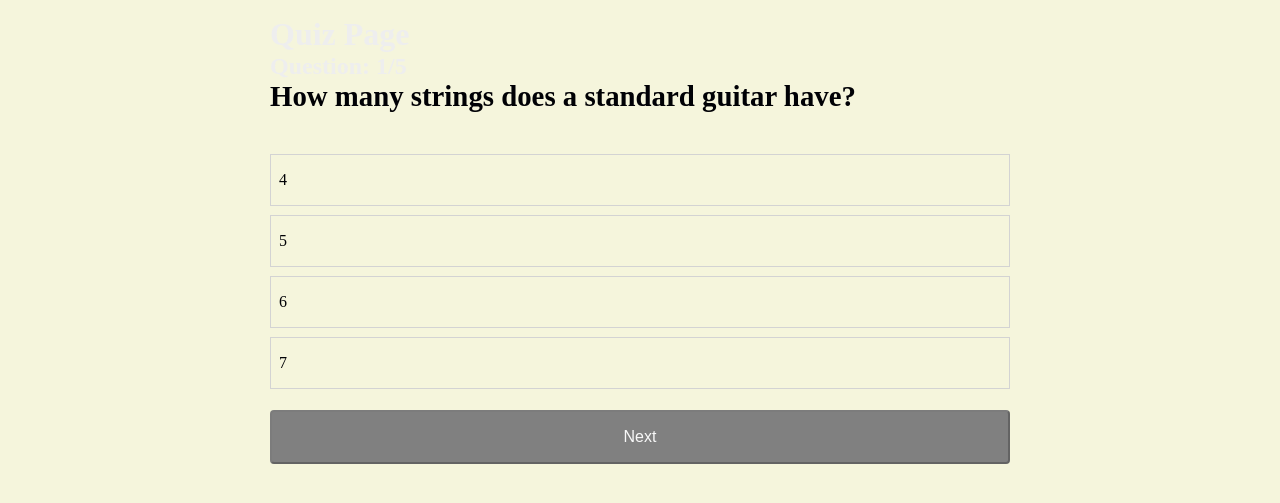
Repository: 1medi/pocketprof
Page: /quiz/page
An editor plug-in stored every save of this project. The page is shown before and after the next save, followed by the edit.
The browser window is 1280 px wide. The pictures show the whole page.
The project was rebuilt for these pictures with package versions that can differ from the ones it lists, and the page was loaded fresh each time. The framework's server and built-in components were replaced by stand-ins that run in the browser. Also part of the build but not shown: next.config.mjs.

Above is the page before, as saved 2024-04-06 22:34:34.

### pages/quiz/page.jsx
'use client';
import React, { useState } from 'react';
import { quiz } from "../data"
import styles from "./page.module.css"

export default function Page() {
  const [activeQuestion, setActiveQuestion] = useState(0);
  const [selectedAnswer, setSelectedAnswer] = useState('');
  const [checked, setChecked] = useState(false);
  const [selectedAnswerIndex, setSelectedAnswerIndex] = useState(null);
  const [showResult, setShowResult] = useState(false);
  const [result, setResult] = useState({
    score: 0,
    correctAnswers: 0,
    wrongAnswers: 0,
  });

  const { questions } = quiz;
  const { question, answers, correctAnswer } = questions[activeQuestion];

  const onAnswerSelected = (answer, idx) => {
    setChecked(true);
    setSelectedAnswerIndex(idx);
    if (answer === correctAnswer) {
      setSelectedAnswer(true);
      console.log('true');
    } else {
      setSelectedAnswer(false);
      console.log('false');
    }
  };

  // Calculate score and increment to next question
  const nextQuestion = () => {
    setSelectedAnswerIndex(null);
    setResult((prev) =>
      selectedAnswer
        ? {
            ...prev,
            score: prev.score + 5,
            correctAnswers: prev.correctAnswers + 1,
          }
        : {
            ...prev,
            wrongAnswers: prev.wrongAnswers + 1,
          }
    );
    if (activeQuestion !== questions.length - 1) {
      setActiveQuestion((prev) => prev + 1);
    } else {
      setActiveQuestion(0);
      setShowResult(true);
    }
    setChecked(false);
  };

  return (
    <div className={styles.container}>
      <h1 className={styles.title}>Quiz Page</h1>
      <div>
        <h2 className={styles.activeQ}>
          Question: {activeQuestion + 1}
          <span>/{questions.length}</span>
        </h2>
      </div>
      <div>
        {!showResult ? (
          <div className={styles.quizContainer}>
            <h3 className={styles.question}>{questions[activeQuestion].question}</h3>
            {answers.map((answer, idx) => (
              <li
                key={idx}
                onClick={() => onAnswerSelected(answer, idx)}
                className={`${styles.answerList} ${selectedAnswerIndex === idx ? styles.itemSelected : styles.itemHover}`}
              >
                <span>{answer}</span>
              </li>
            ))}
            {checked ? (
              <button onClick={nextQuestion} className={styles.btn}>
                {activeQuestion === question.length - 1 ? 'Finish' : 'Next'}
              </button>
            ) : (
              <button onClick={nextQuestion} disabled className={styles.btnDisabled}>
                {' '}
                {activeQuestion === question.length - 1 ? 'Finish' : 'Next'}
              </button>
            )}
          </div>
        ) : (
          <div className={styles.quizContainer}>
            <h3 className={styles.hthree}>Results</h3>
            <h3 className={styles.hthree}>Overall {(result.score / 25) * 100}%</h3>
            <p className={styles.paragraph}>
              Total Questions: <span>{questions.length}</span>
            </p>
            <p className={styles.paragraph}>
              Total Score: <span>{result.score}</span>
            </p>
            <p className={styles.paragraph}>
              Correct Answers: <span>{result.correctAnswers}</span>
            </p>
            <p className={styles.paragraph}>
              Wrong Answers: <span>{result.wrongAnswers}</span>
            </p>
            <button className={styles.btn} onClick={() => window.location.reload()}>Restart</button>
          </div>
        )}
      </div>
    </div>
  );
};

### pages/api/chat-gpt/route.js
import { NextResponse } from "next/server";

export async function POST(request) {
  return NextResponse.json({
    name: "IT WORKS!!!",
  });
}

### styles/globals.css
:root {
background-color: beige;
align-content: center;
}


* {
    padding: 0;
    margin: 0;
  }

### pages/data.js
export const quiz = {
    totalQuestions: 5,
    questions: [
      {
        id: 1,
        question: 'How many strings does a standard guitar have?',
        answers: ['4', '5', '6', '7'],
        correctAnswer: '6',
      },
      {
        id: 2,
        question: 'Which part of the guitar do you strum or pluck the strings with?',
        answers: ['Headstock', 'Fretboard', 'Body', 'Bridge'],
        correctAnswer: 'Body',
      },
      {
        id: 3,
        question: 'What is a pick used for in playing the guitar?',
        answers: ['Holding the strings down', 'Strumming or plucking the strings', 'Keeping the guitar in tune', 'San Marino'],
        correctAnswer: 'Strumming or plucking the strings',
      },
      {
        id: 4,
        question: 'What is the name of the thickest string on the guitar?',
        answers: ['A string', 'E string', 'D string', 'G string'],
        correctAnswer: 'E string',
      },
      {
        id: 5,
        question: 'Where do you place your fingers to play different notes on the guitar?',
        answers: ['On the body', 'On the headstock', 'On the strings over the fretboard', 'On the tuning pegs'],
        correctAnswer: 'On the strings over the fretboard',
      },
    ],
  };

### pages/quiz/page.module.css
.container{
    padding: 1rem;
  }

  h1, h2 {
    color: #eee;
  }

  h3 {
    padding-bottom: 2rem;
    color: #000105;
    font-size: 1.8rem;
  }

  button {
    padding: 16px 8px;
    width: 100%;
    margin-top: 12px;
    font-size: 1rem;
    border-radius: 4px;
    cursor: pointer;
    background-color: #808080;
    color: #f8f8f8;
  }

  .btn-disabled {
    background-color: lightgray;
  }

  li {
    list-style-type: none;
    cursor: pointer;
    margin: 9px 0;
    padding: 16px 8px;
    color: #000105;
    border: 1px solid lightgray;
  }

  .li-hover:hover {
    background-color: #d8d8d8;
    columns: #fff;
  }

  .li-selected {
    color: #fff;
    background-color: #000925;
  }

  .container {
    max-width: 740px;
    width: 100%;
    margin: auto;
    padding: 1rem;
  }

  .quiz-container {
    background-color: #f8f8f8;
    padding: 1rem;
    margin-top: 2rem;
    border-radius: 4px;
  }

  .container p {
    padding: 8px 0;
  }

Loaded but not shown: pages/_app.js (common file); pages/_document.js (common file); pages/api/hello.js (common file); pages/api/askOscar.js (no copy from this time; the picture is the same without it); pages/api/chat.js (no copy from this time; the picture is the same without it); pages/api/image.js (no copy from this time; the picture is the same without it)

After the next save:
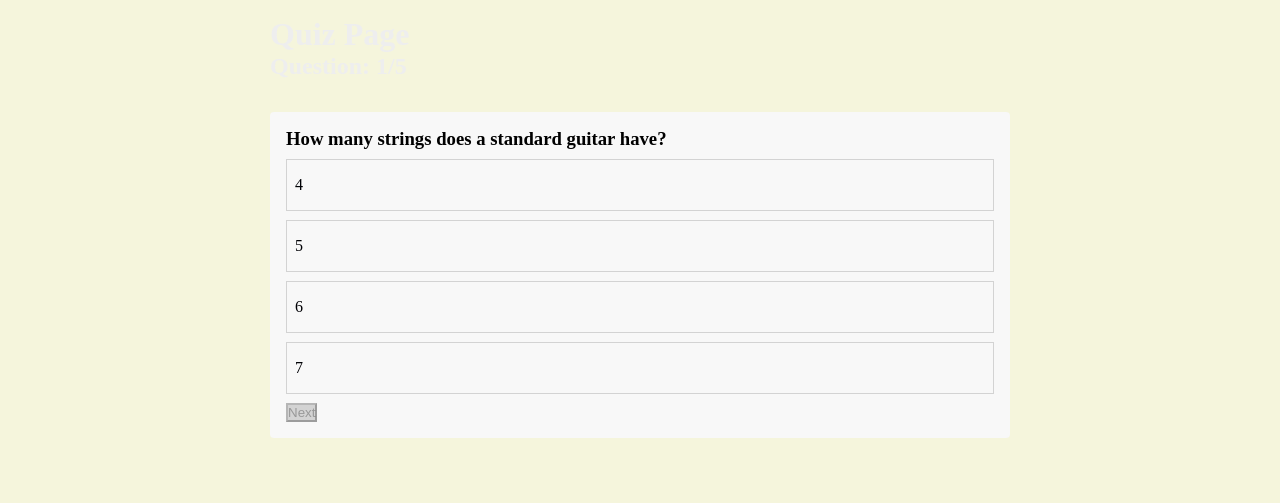
Saved 2 s later.
--- a/pages/quiz/page.module.css
+++ b/pages/quiz/page.module.css
@@ -2,17 +2,18 @@
     padding: 1rem;
   }
 
-  h1, h2 {
+.title,
+.activeQ{
     color: #eee;
   }
 
-  h3 {
+  .hthree {
     padding-bottom: 2rem;
     color: #000105;
     font-size: 1.8rem;
   }
 
-  button {
+  .btn {
     padding: 16px 8px;
     width: 100%;
     margin-top: 12px;
@@ -23,11 +24,11 @@
     color: #f8f8f8;
   }
 
-  .btn-disabled {
+  .btnDisabled {
     background-color: lightgray;
   }
 
-  li {
+  .answerList {
     list-style-type: none;
     cursor: pointer;
     margin: 9px 0;
@@ -36,7 +37,7 @@
     border: 1px solid lightgray;
   }
 
-  .li-hover:hover {
+  .itemHover:hover {
     background-color: #d8d8d8;
     columns: #fff;
   }
@@ -53,13 +54,13 @@
     padding: 1rem;
   }
 
-  .quiz-container {
+  .quizContainer {
     background-color: #f8f8f8;
     padding: 1rem;
     margin-top: 2rem;
     border-radius: 4px;
   }
 
-  .container p {
+  .paragraph {
     padding: 8px 0;
   }
